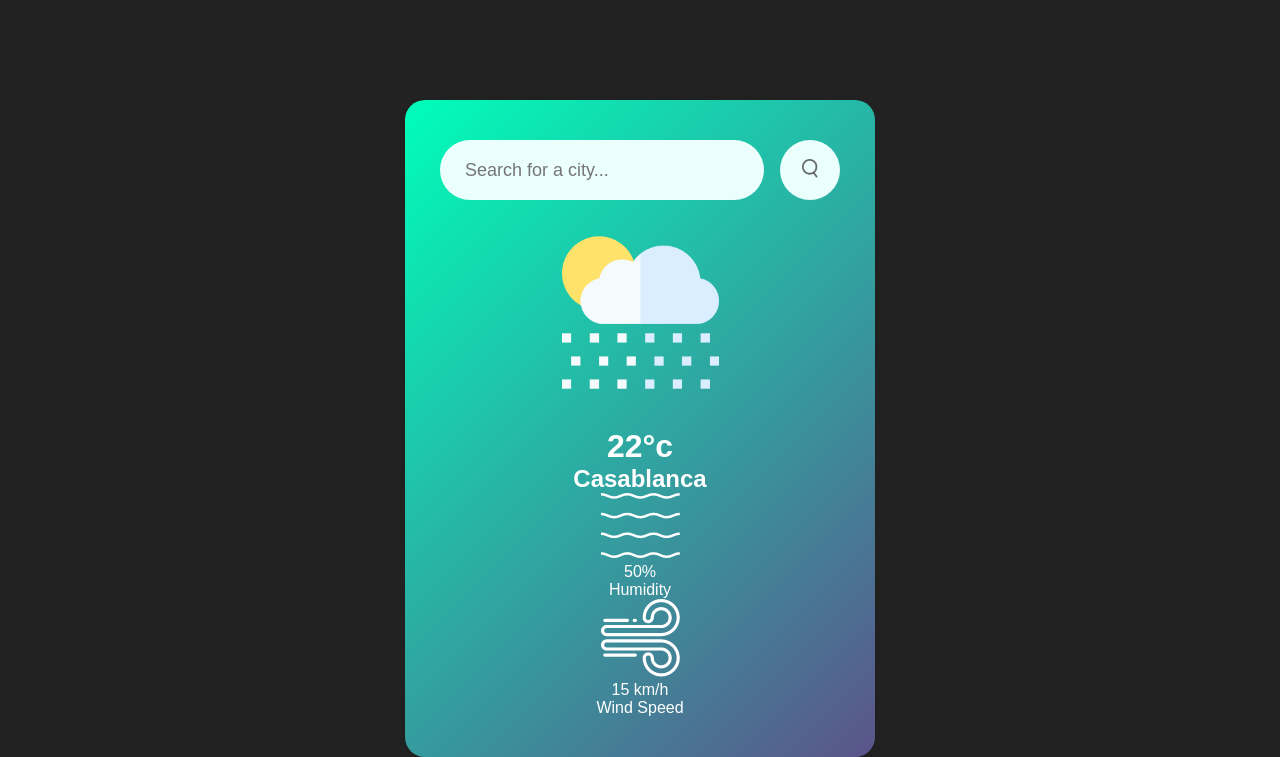
Repository: Abdelilah-Lakrim/Weather-App
Page: index.html
The author's editor kept a copy of each file at every save. The page is drawn from the files as they stood at one save, then again after a run of saves.
The browser window is 1280 px wide. The pictures show the whole page.

Above is the page before, as saved 2025-06-17 11:14:49.

### index.html
<!DOCTYPE html>
<html>
<head>
    <meta charset="UTF-8" />
    <title>Weather App</title>
    <link rel="stylesheet" href="style.css" >
</head>
<body>

    <div class="card">
        <div class="search">
            <input type="text" placeholder="Search for a city..." spellcheck="false" />
            <button><img src="images/search.png"></button>
        </div>
        <div class="weather">
            <img src="images/rain.png" class="weather-icon">
            <h1 class="temp">22°c</h1>
            <h2 class="city">Casablanca</h2>
            <div class="details">
                <div class="col">
                    <img src="images/humidity.png">
                    <div>
                        <p class="humidity">50%</p>
                        <p>Humidity</p>
                    </div>
                </div>
                <div class="col">
                    <img src="images/wind.png">
                    <div>
                        <p class="wind">15 km/h</p>
                        <p>Wind Speed</p>
                    </div>
                </div>
            </div>
        </div>
    </div>

</body>
</html>

### style.css
*{
    margin: 0;
    padding: 0;
    font-family: 'Poppins', sans-serif;
    box-sizing: border-box;
}
body{
    background-color: #222;
    color: #333;
}
.card{
    width: 90%;
    max-width: 470px;
    background: linear-gradient(135deg, #00feba, #5b548a);
    color: #fff;
    margin: 100px auto  0;
    padding: 40px 35px;
    border-radius: 20px;
    box-shadow: 0 4px 8px rgba(0, 0, 0, 0.1);
    overflow: hidden;
    position: relative;
    text-align: center;
}
.search{
    width: 100%;
    display: flex;
    align-items: center;
    justify-content: space-between;
}

.search input{
    border: 0;
    outline: 0;
    background: #ebfffc;
    color: #333;
    padding: 10px 25px;
    height: 60px;
    border-radius: 30px;
    flex: 1;
    margin-right: 16px;
    font-size: 18px;
}

.search button{
    border: 0;
    outline: 0;
    background: #ebfffc;
    height: 60px;
    width: 60px;
    border-radius: 50px;
    cursor: pointer;
}
.search button img{
    width: 16px;
}

After the next 5 saves:
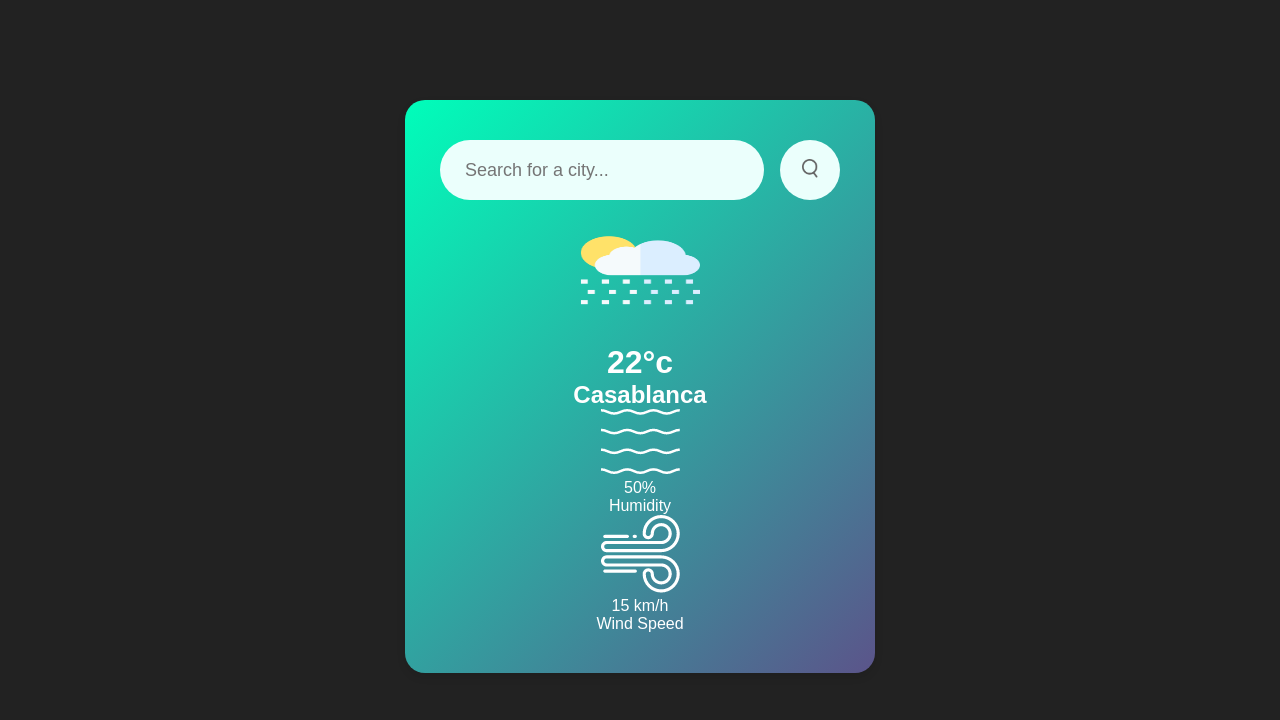
The 5 saves are shown as one change because they came seconds apart.
The last was saved 38 s later.
--- a/style.css
+++ b/style.css
@@ -53,3 +53,9 @@ body{
 .search button img{
     width: 16px;
 }
+
+.weather-icon{
+    width: 170px;
+    height: 100px;
+    margin: 20px auto;
+}
